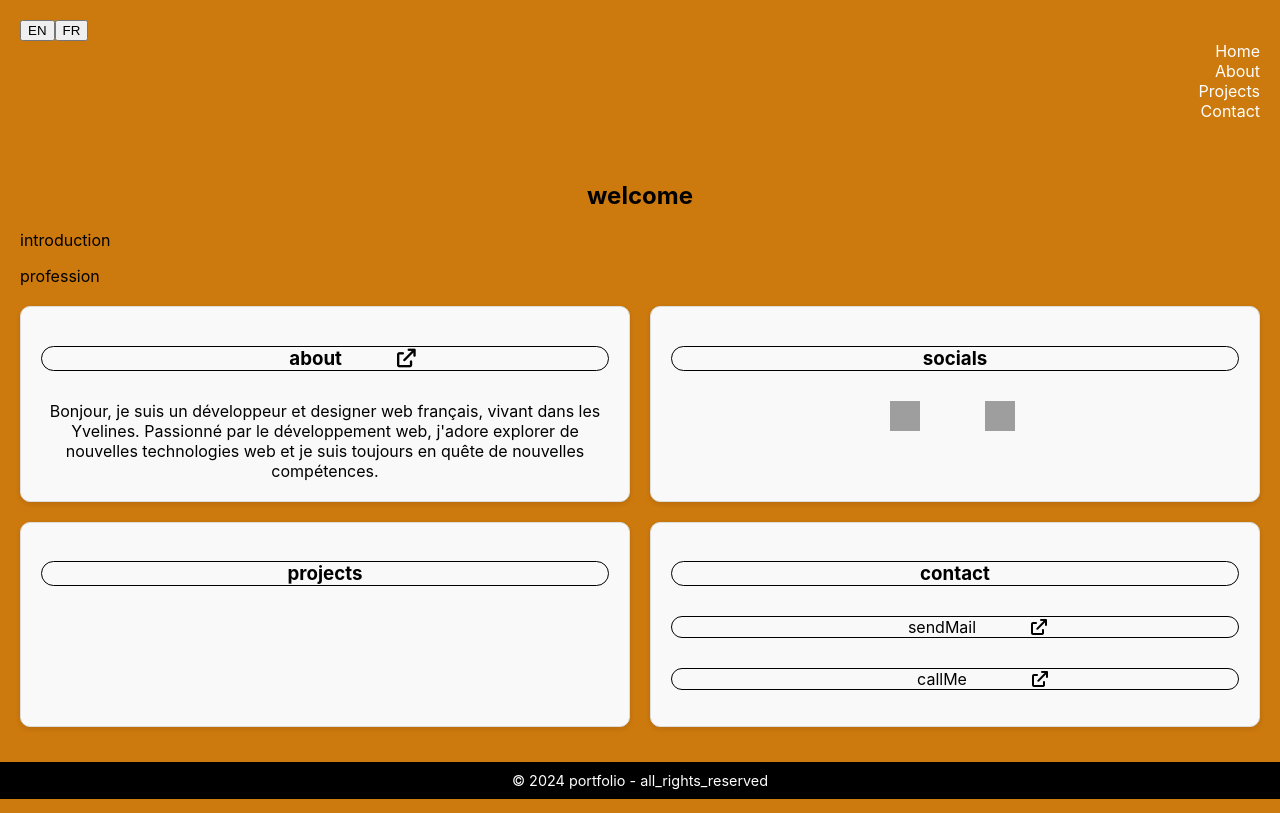
Repository: Christian121966/mon-portfolio
Page: /
An editor plug-in stored every save of this project. The page is shown before and after a run of saves, followed by the edit.
The browser window is 1280 px wide. The pictures show the whole page.
Pictures or frames that could not be fetched are drawn as grey boxes. The project was rebuilt for these pictures with package versions that can differ from the ones it lists, and the page was loaded fresh each time. Also part of the build but not shown: src/pages/AboutPage/AboutPage.scss, src/pages/AboutPage/AboutPage.js, src/pages/ProjectsPage/ProjectsPage.js, src/pages/ContactPage/ContactPage.js. Imported but missing from the stored project, and not drawn on this page: src/i18next.

Above is the page before, as saved 2024-07-24 02:51:46.

After the next 3 saves:
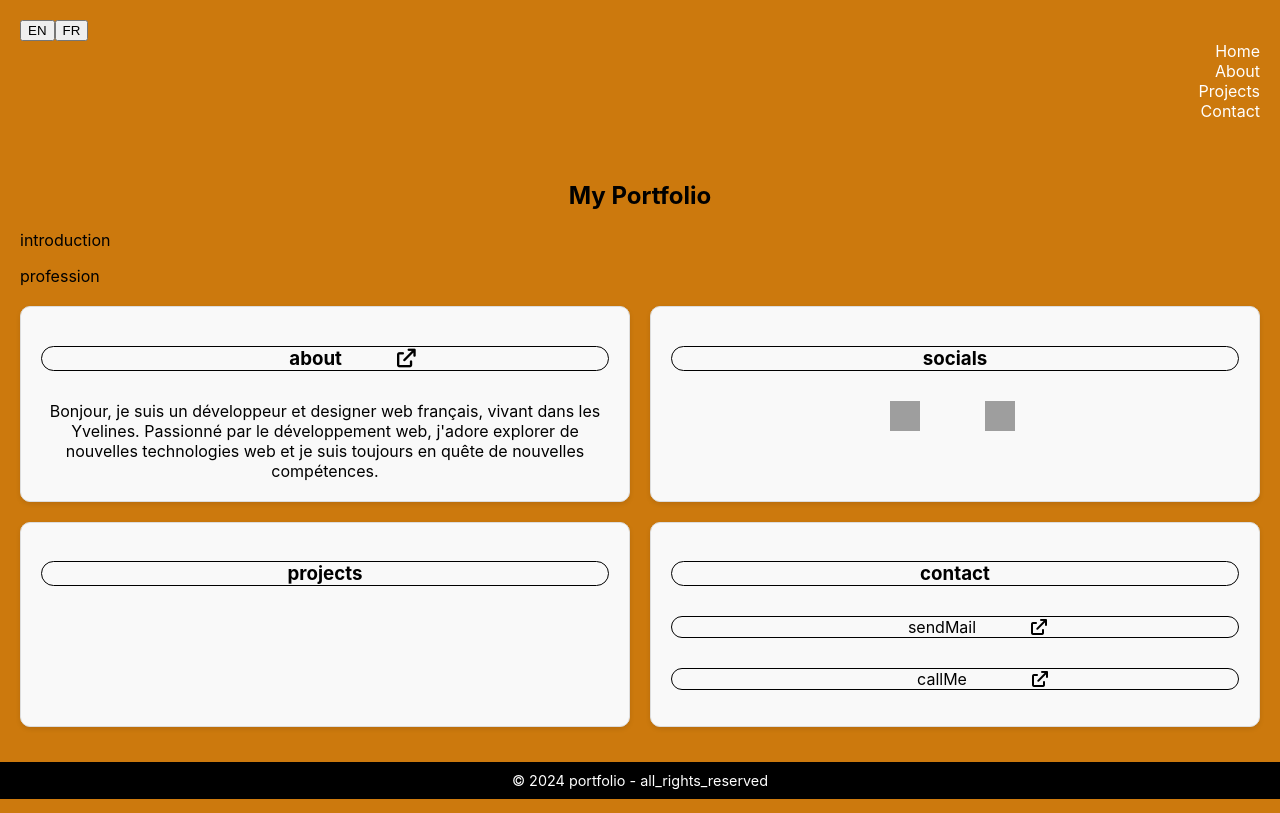
The 3 saves are shown as one change because they came seconds apart.
The last was saved 18 min 13 s later.
--- a/src/pages/HomePage/HomePage.js
+++ b/src/pages/HomePage/HomePage.js
@@ -24,7 +24,7 @@ const HomePage = () => {
 
   return (
     <div className="homepage">
-      <h2>{t('welcome')}</h2>
+      <h2>{t('My Portfolio')}</h2>
       <span>{t('introduction')}</span>
       <p>{t('profession')}</p>
       <div className="homepage__cards">
